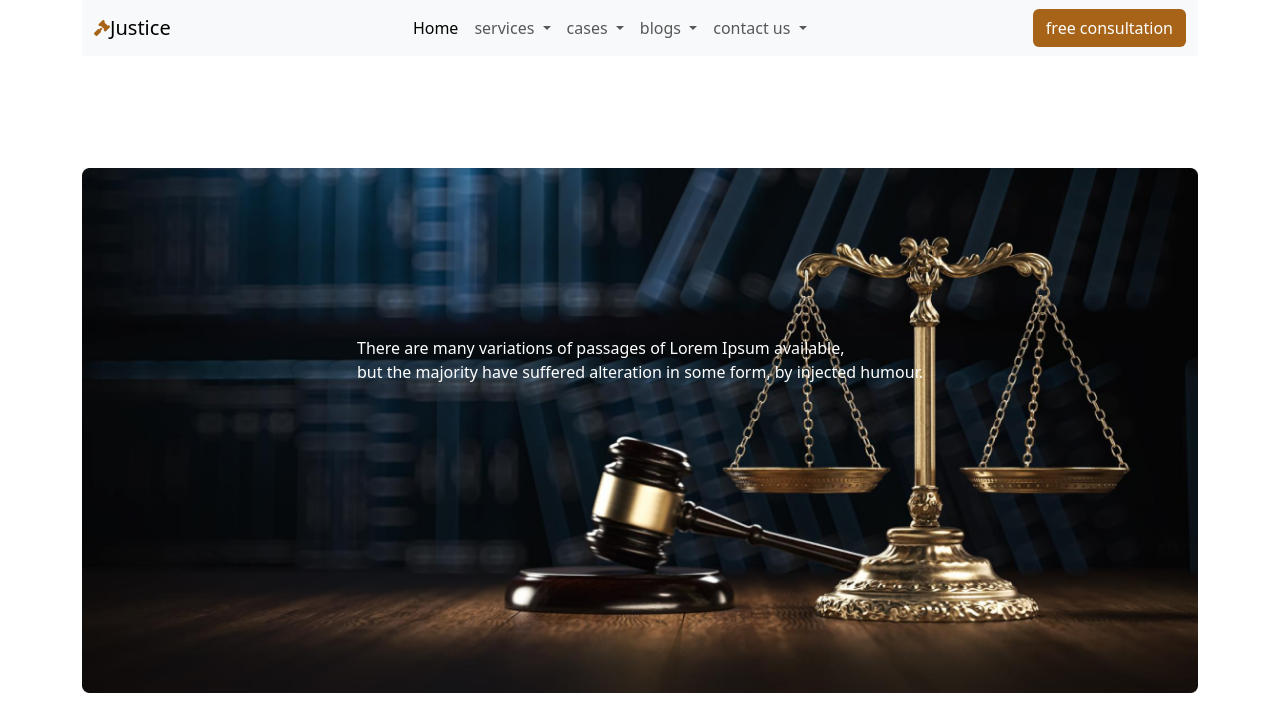
Repository: sadiaafsana138/justice
Page: index.html
These files come from the project's save history. The page is drawn as it stood at one moment and after the next save; the edit follows.
The browser window is 1280 px wide. The pictures show the whole page.
Some web libraries are served in a nearby version.

Above is the page before, as saved 2023-01-25 18:29:01.

### index.html
<!DOCTYPE html>
<html lang="en">

<head>
    <meta charset="UTF-8">
    <meta http-equiv="X-UA-Compatible" content="IE=edge">
    <meta name="viewport" content="width=device-width, initial-scale=1.0">
    <title>
        Justice
    </title>
    <link href="https://cdn.jsdelivr.net/npm/bootstrap@5.3.0-alpha1/dist/css/bootstrap.min.css" rel="stylesheet"
        integrity="sha384-GLhlTQ8iRABdZLl6O3oVMWSktQOp6b7In1Zl3/Jr59b6EGGoI1aFkw7cmDA6j6gD" crossorigin="anonymous">
    <script src="https://kit.fontawesome.com/9557e238b6.js" crossorigin="anonymous"></script>
    <link rel="stylesheet" href="css/Styles.css">
</head>

<body>

    <header class="container-lg">
        <nav class="navbar navbar-expand-lg bg-body-tertiary">
            <div class="container-fluid d-flex">
                <!--JUSTICE ICON-->
                <i class="fa-solid fa-gavel primary-color"></i>
                <!--NAVBAR HEADING-->
                <a class="navbar-brand" href="#">Justice</a>
                <button class="navbar-toggler" type="button" data-bs-toggle="collapse"
                    data-bs-target="#navbarSupportedContent" aria-controls="navbarSupportedContent"
                    aria-expanded="false" aria-label="Toggle navigation">
                    <span class="navbar-toggler-icon"></span>
                </button>
                <!--NAVBAR ITEMS-->
                <div class="collapse navbar-collapse d-flex justify-content-center" id="navbarSupportedContent">
                    <ul class="navbar-nav mb-2 mb-lg-0 nav justify-content-center">
                        <li class="nav-item">
                            <a class="nav-link active" aria-current="page" href="#">Home</a>
                        </li>
                        <li class="nav-item dropdown">
                            <a class="nav-link dropdown-toggle" href="#" role="button" data-bs-toggle="dropdown"
                                aria-expanded="false">
                                services
                            </a>
                            <ul class="dropdown-menu">
                                <li><a class="dropdown-item" href="#">ITEMS</a></li>
                            </ul>
                        </li>
                        <li class="nav-item dropdown">
                            <a class="nav-link dropdown-toggle" href="#" role="button" data-bs-toggle="dropdown"
                                aria-expanded="false">
                                cases
                            </a>
                            <ul class="dropdown-menu">
                                <li><a class="dropdown-item" href="#">ITEMS</a></li>
                            </ul>
                        </li>
                        <li class="nav-item dropdown">
                            <a class="nav-link dropdown-toggle" href="#" role="button" data-bs-toggle="dropdown"
                                aria-expanded="false">
                                blogs
                            </a>
                            <ul class="dropdown-menu">
                                <li><a class="dropdown-item" href="#">ITEMS</a></li>
                            </ul>
                        </li>
                        <li class="nav-item dropdown">
                            <a class="nav-link dropdown-toggle" href="#" role="button" data-bs-toggle="dropdown"
                                aria-expanded="false">
                                contact us
                            </a>
                            <ul class="dropdown-menu">
                                <li><a class="dropdown-item" href="#">ITEMS</a></li>
                            </ul>
                        </li>



                </div>
                <!--navbar button-->
                <div>
                    <button class="btn Btn-primary-color text-primary-color1 navbar-btn collapse navbar-collapse"
                        data-bs-toggle="modal" data-bs-target="#myModal" type="submit">free consultation</button>
                    <!-- Modal -->
                    <div class="modal" id="myModal">
                        <div class="modal-dialog">
                            <div class="modal-content">

                                <!-- Modal Header -->
                                <div class="modal-header">
                                    <h4 class="modal-title">Contact us</h4>
                                    <button type="button" class="btn-close" data-bs-dismiss="modal"></button>
                                </div>

                                <!-- Modal body -->
                                <div class="modal-body">
                                    abcd@gmail.com
                                </div>

                                <!-- Modal footer -->
                                <div class="modal-footer">
                                    <button type="button" class="btn btn-danger" data-bs-dismiss="modal">Done</button>
                                </div>

                            </div>

                        </div>

        </nav>
    </header>
    <main class="container-lg">
        <section>
            <div>

                <div class=" text-primary-color1">
                    <h1>We Provide Effective </h1>
                    <H1 class="ps-5">Legal Solutions</H1>
                    <p class="align-items-center banner-text">There are many variations of passages of Lorem Ipsum available,<br>but
                        the majority have suffered alteration in some form, by injected humour.</p>
                </div>

                <img class="img-fluid" src="images/banner.png" alt="">
            </div>

        </section>

    </main>
    <footer>

    </footer>

    <script src="https://cdn.jsdelivr.net/npm/bootstrap@5.3.0-alpha1/dist/js/bootstrap.bundle.min.js"
        integrity="sha384-w76AqPfDkMBDXo30jS1Sgez6pr3x5MlQ1ZAGC+nuZB+EYdgRZgiwxhTBTkF7CXvN"
        crossorigin="anonymous"></script>

</body>

</html>

### css/Styles.css
.primary-color{
    color: rgb(167, 100, 25);
}
.Btn-primary-color{
    background : rgb(167, 100, 25);;
}
.text-primary-color1{
    color: white;
}
.navbar-btn{
    margin-left: 00px;
}
.banner-text{

        position:absolute;
        top: 50%;
        left: 50%;
        transform: translate(-50%, -50%);

}

After the next save:
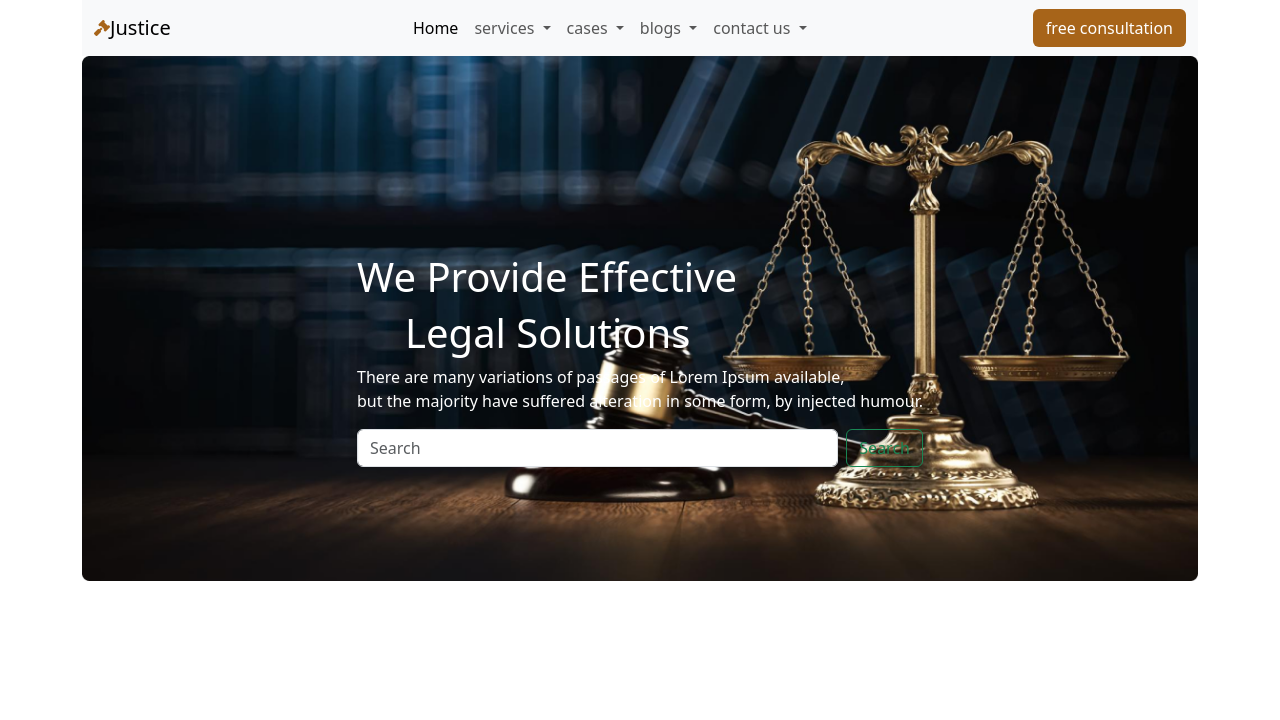
Saved 6 min 43 s later.
--- a/index.html
+++ b/index.html
@@ -109,11 +109,16 @@
         <section>
             <div>
 
-                <div class=" text-primary-color1">
+                <div class="banner-text text-primary-color1">
                     <h1>We Provide Effective </h1>
                     <H1 class="ps-5">Legal Solutions</H1>
-                    <p class="align-items-center banner-text">There are many variations of passages of Lorem Ipsum available,<br>but
+                    <p class="align-items-center">There are many variations of passages of Lorem Ipsum available,<br>but
                         the majority have suffered alteration in some form, by injected humour.</p>
+                    <form class="d-flex" role="search">
+                        <input class="form-control me-2" type="search" placeholder="Search" aria-label="Search">
+                        <button class="btn btn-outline-success" type="submit">Search</button>
+                    </form>
+
                 </div>
 
                 <img class="img-fluid" src="images/banner.png" alt="">
